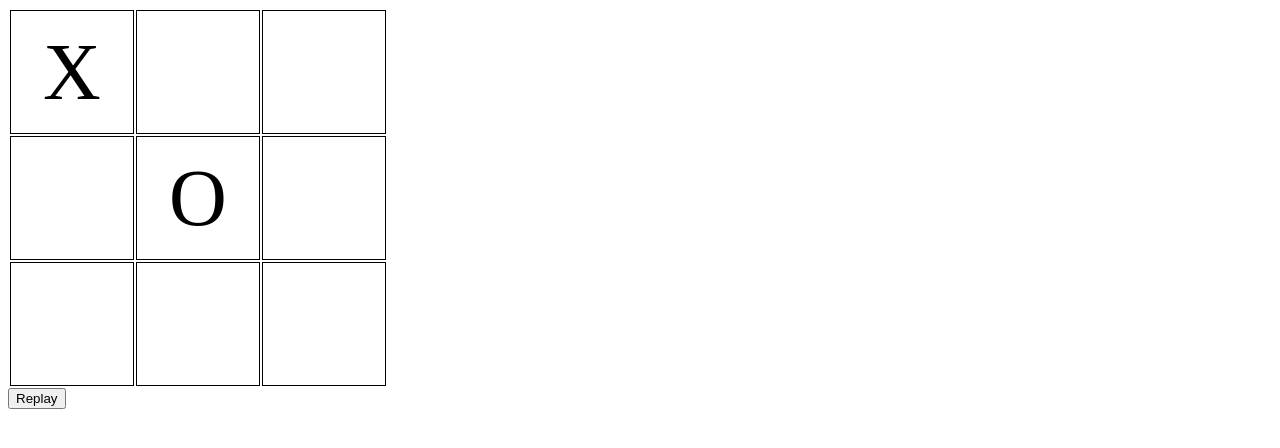
Repository: pifls/opd-projekty
Page: min-max/index.html
These files come from the project's save history. The page is drawn as it stood at one moment and after the next save; the edit follows.
The browser window is 1280 px wide. The pictures show the whole page.
After loading, the first visible `#\30` was clicked once.

Above is the page before, as saved 2019-01-16 14:21:34.

After the next save:
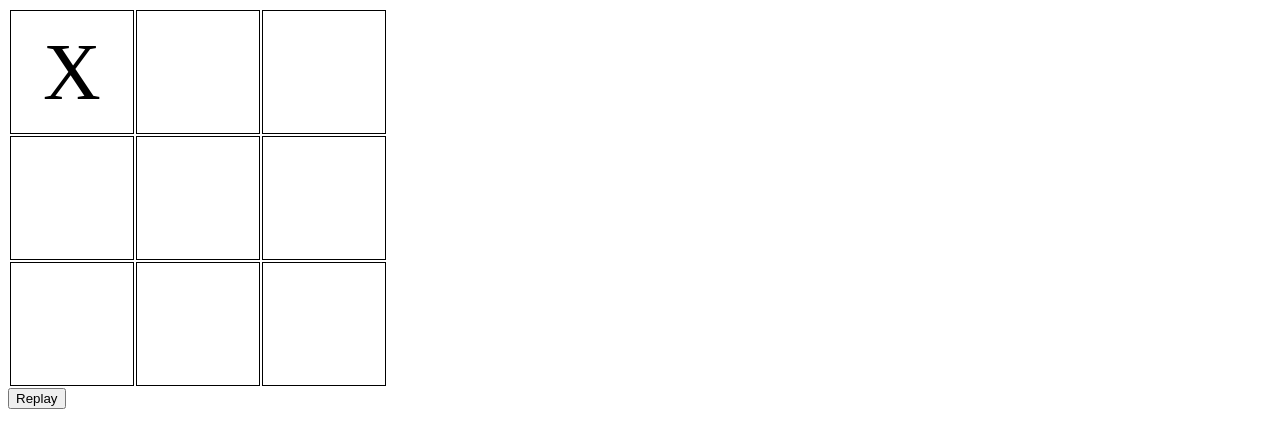
Console error: ReferenceError: gameWon is not defined
Saved 19 min 45 s later.
--- a/min-max/min-max.js
+++ b/min-max/min-max.js
@@ -34,16 +34,17 @@
 
 /* check if someone won */
 function checkWin(board, opponent) {
-	let plays = board.reduce((a, e, i) =>
-		(e === opponent) ? a.concat(i) : a, []);
-		//console.log(plays);
-	let gameWon = null;
-	for (let [index, win] of winners.entries()) {
-		if (win.every(elem => plays.indexOf(elem) > -1)) {
-			gameWon = {index: index, opponent: opponent};
-			break;
-		}
-	}
+	if((board[0] == opponent && board[1] == opponent && board[2] == opponent) ||
+	   (board[3] == opponent && board[4] == opponent && board[5] == opponent) ||
+	   (board[6] == opponent && board[7] == opponent && board[8] == opponent) ||
+	   (board[0] == opponent && board[3] == opponent && board[6] == opponent) ||
+	   (board[1] == opponent && board[4] == opponent && board[7] == opponent) ||
+	   (board[2] == opponent && board[5] == opponent && board[8] == opponent) ||
+	   (board[0] == opponent && board[4] == opponent && board[8] == opponent) ||
+	   (board[6] == opponent && board[4] == opponent && board[2] == opponent))
+
+
+	gameWon = {index: index, opponent: opponent}
 	return gameWon;
 }
 

After the save that followed:
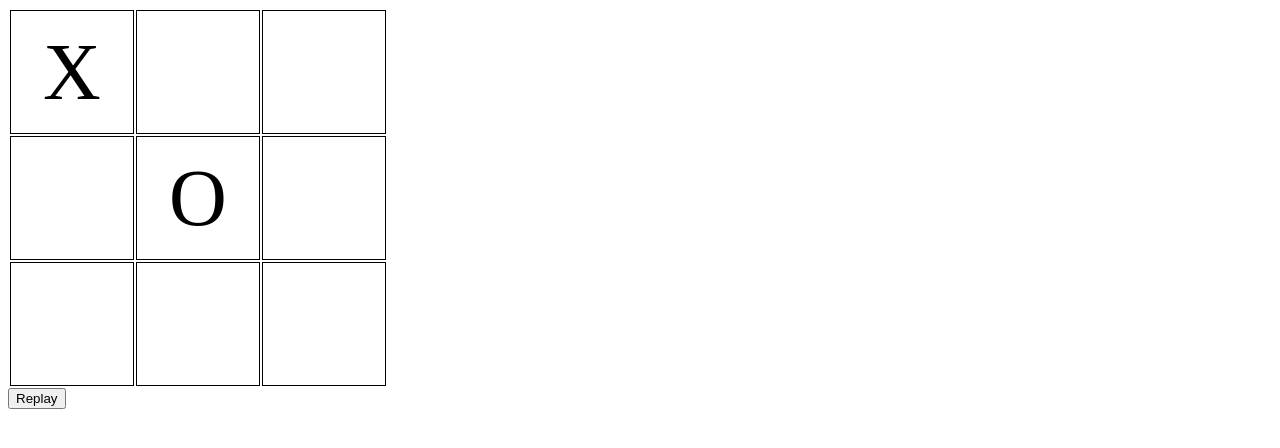
The error is gone.
Saved 2 min 32 s later.
--- a/min-max/min-max.js
+++ b/min-max/min-max.js
@@ -41,11 +41,11 @@
 	   (board[1] == opponent && board[4] == opponent && board[7] == opponent) ||
 	   (board[2] == opponent && board[5] == opponent && board[8] == opponent) ||
 	   (board[0] == opponent && board[4] == opponent && board[8] == opponent) ||
-	   (board[6] == opponent && board[4] == opponent && board[2] == opponent))
-
-
-	gameWon = {index: index, opponent: opponent}
-	return gameWon;
+	   (board[6] == opponent && board[4] == opponent && board[2] == opponent)){
+		   return true;
+	   } else {
+		   return false;
+	   }
 }
 
 function checkDraw() {
